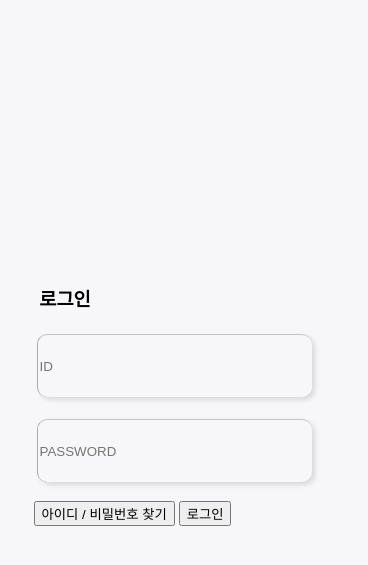
Repository: PEPI-dev/UI
Page: login/login.html
The author's editor kept a copy of each file at every save. The page is drawn from the files as they stood at one save, then again after the next save.
The browser window is 360 px wide. The page is 360 px wide, then 368 px, so the pictures cover 368 px, including what lies to the right of the window. The pictures show the whole page.

Above is the page before, as saved 2023-12-04 13:45:16.

### login/login.html
<!DOCTYPE html>
<html lang="en">
<head>
    <meta charset="UTF-8">
    <meta name="viewport" content="width=device-width, initial-scale=1.0">
    <title>Login</title>
    <link rel="stylesheet" href="./login.css">
</head>
<body>
    <h3>로그인</h3>
    <div id="logo">

    </div>
    <form action="#">
        <p class="input_form"><input class="field" id="ID" placeholder="ID"></input></p>
        <p class="input_form"><input class="field" id="password" type="password" placeholder="PASSWORD"></input></p>
        <button class="text_btn">아이디 / 비밀번호 찾기</button>
        <button id="login_btn">로그인</button>
    </form>

</body>
</html>

### login/login.css
@font-face {
    font-family: 'main_font';
    src: url(../a_font/SOYO_maple_font/soyo_ttf/SOYO\ Maple\ Regular.ttf);
    font-weight: 500;
}

@font-face {
    font-family: 'sub_font';
    src: url(../a_font/NPSfont_regular.ttf);
}


body{
    width: 100%;
    background-color: #F7F7F9;
}

#logo{
    font-family: 'main_font';
}

.input_form {
    padding: 3px;
    margin-top: 2px;
    margin-right: 12px;
}

.field {
    width: 270px;
    height: 60px;
    border-radius: 10px;
    box-shadow: 3px 3px 5px rgba(0, 0, 0, 0.12);
    background-color: #F7F7F9;
    border-width: 0;
    outline: none;
    border: none;
    border-top: 0.5px solid rgba(0, 0, 0, 0.2);
    border-left: 0.5px solid rgba(0, 0, 0, 0.3);
}

@media screen and (max-width: 360px) {
    body {
        display: flex;
        flex-direction: column;
        align-items: center;
        justify-content: center;
        height: 100vh;
        margin: 0;
    }

    h3 {
        margin-top: 10px;
        margin-right: 230px;
    }

    .input_form {
        padding: 3px;
        margin-top: 2px;
        margin-right: 12px;
    }

    .field {
        width: 270px;
        height: 60px;
        border-radius: 10px;
        box-shadow: 3px 3px 5px rgba(0, 0, 0, 0.12);
        background-color: #F7F7F9;
        border-width: 0;
        outline: none;
        border: none;
        border-top: 0.5px solid rgba(0, 0, 0, 0.2);
        border-left: 0.5px solid rgba(0, 0, 0, 0.3);
    }
}

After the next save:
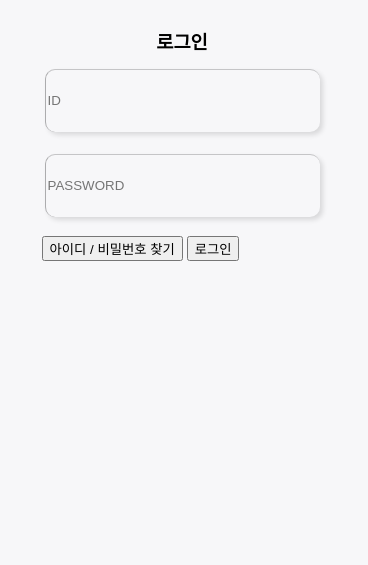
Saved 32 s later.
--- a/login/login.css
+++ b/login/login.css
@@ -9,10 +9,17 @@
     src: url(../a_font/NPSfont_regular.ttf);
 }
 
+h3{
+    margin-bottom: 10px; /* Adjust the margin as needed */
+    margin-right: 12px; /* Adjust the margin as needed */
+}
 
 body{
     width: 100%;
     background-color: #F7F7F9;
+    display: flex;
+    flex-direction: column;
+    align-items: center;
 }
 
 #logo{
@@ -40,35 +47,3 @@ body{
 
 @media screen and (max-width: 360px) {
     body {
-        display: flex;
-        flex-direction: column;
-        align-items: center;
-        justify-content: center;
-        height: 100vh;
-        margin: 0;
-    }
-
-    h3 {
-        margin-top: 10px;
-        margin-right: 230px;
-    }
-
-    .input_form {
-        padding: 3px;
-        margin-top: 2px;
-        margin-right: 12px;
-    }
-
-    .field {
-        width: 270px;
-        height: 60px;
-        border-radius: 10px;
-        box-shadow: 3px 3px 5px rgba(0, 0, 0, 0.12);
-        background-color: #F7F7F9;
-        border-width: 0;
-        outline: none;
-        border: none;
-        border-top: 0.5px solid rgba(0, 0, 0, 0.2);
-        border-left: 0.5px solid rgba(0, 0, 0, 0.3);
-    }
-}
